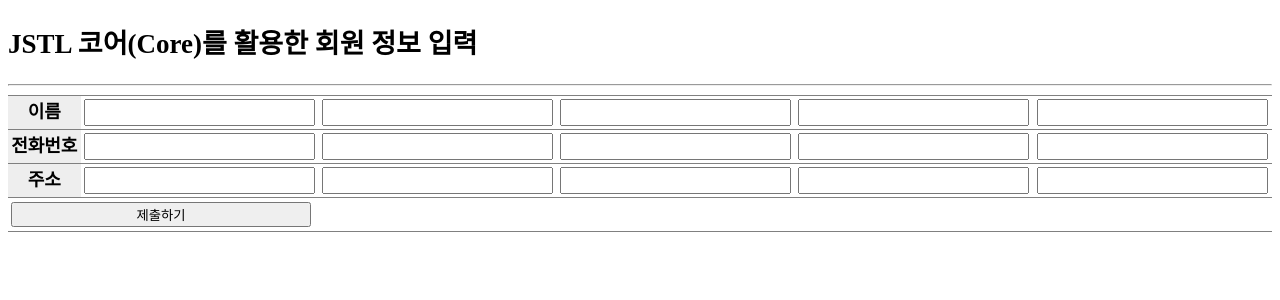
Repository: onpul/Web
Page: http://localhost/WebApp22/MemberInsertForm.jsp
These files come from the project's save history. The page is drawn as it stood at one moment and after a run of saves; the edit follows.
The browser window is 1280 px wide. The pictures show the whole page.
The page is served by Tomcat 9. Other server files are loaded and not shown.

Above is the page before, as saved 2022-04-29 08:34:14.

### WebApp22/WebContent/MemberInsertForm.jsp
<%@ page contentType="text/html; charset=UTF-8"%>
<%@ taglib prefix="c" uri="http://java.sun.com/jsp/jstl/core"%>
<%
	request.setCharacterEncoding("UTF-8");
	String cp = request.getContextPath();
%>
<!DOCTYPE html>
<html>
<head>
<meta charset="UTF-8">
<title>MemberInsertForm.jsp</title>
<link rel="stylesheet" type="text/css" href="<%=cp %>/css/main.css">
</head>
<body>

<div>
	<h2>JSTL 코어(Core)를 활용한 회원 정보 입력</h2>
	<hr>
</div>

<div>
	<form action="MemberInsert.jsp">
		<!-- (이름, 전화번호, 주소) * 5명 분 -->
		<!-- → submit 액션 처리 -->
		<table class="table">
			<tr>
				<th>이름</th>
				<c:forEach var="a" begin="1" end="5" step="1">
					<td><input type="text" name="name${a }"/></td>
				</c:forEach>
			</tr>
			<tr>
				<th>전화번호</th>
				<c:forEach var="a" begin="1" end="5" step="1">
					<td><input type="text" name="tel${a }"/></td>
				</c:forEach>
			</tr>
			<tr>
				<th>주소</th>
				<c:forEach var="a" begin="1" end="5" step="1">
					<td><input type="text" name="addr${a }"/></td>
				</c:forEach>
			</tr>
			<tr>
				<td colspan="6"><button type="submit" style="width: 300px;">제출하기</button></td>
			</tr>
		</table>
	</form>
</div>

</body>
</html>

### WebApp22/WebContent/css/main.css
@charset "UTF-8";

*
{
	font-family: 맑은고딕;
	color: black;
}

body, p, div, span, input, table, th, td, select
{
	font-size: 18px;
}

.control
{
	border: 1px solid gray;
	border-radius: 3px;
}

.table
{
	border-collapse: collapse;
	width: 100%;
}

.table th, .table td
{
	border: 1px solid gray;
	border-left: 0px;
	border-right: 0px;
	padding: 3px;
	line-height: 150%;
}

.table th
{
	font-weight: bold;
	background-color: #eeeeee;
}

.btn
{
	font-weight: bold;
}

.btn:hover
{
	color: white;
	background-color: #787;
}

After the next 2 saves:
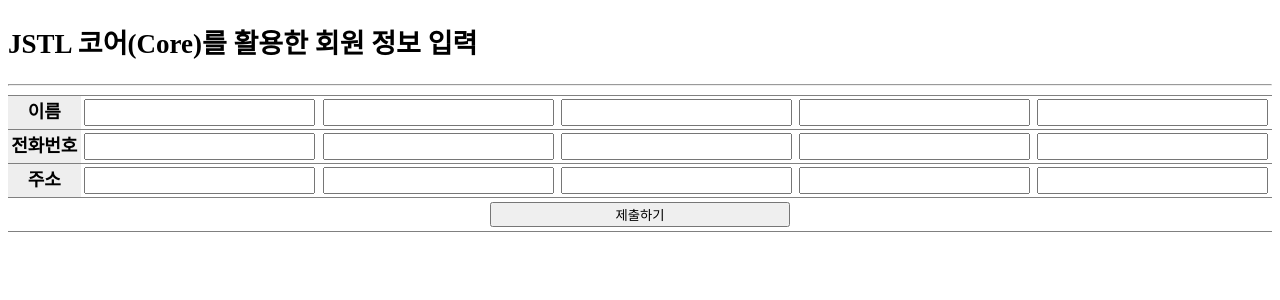
The 2 saves are shown as one change because they came seconds apart.
The last was saved 20 s later.
--- a/WebApp22/WebContent/MemberInsertForm.jsp
+++ b/WebApp22/WebContent/MemberInsertForm.jsp
@@ -22,7 +22,7 @@
 	<form action="MemberInsert.jsp">
 		<!-- (이름, 전화번호, 주소) * 5명 분 -->
 		<!-- → submit 액션 처리 -->
-		<table class="table">
+		<table class="table" style="text-align: center;">
 			<tr>
 				<th>이름</th>
 				<c:forEach var="a" begin="1" end="5" step="1">
